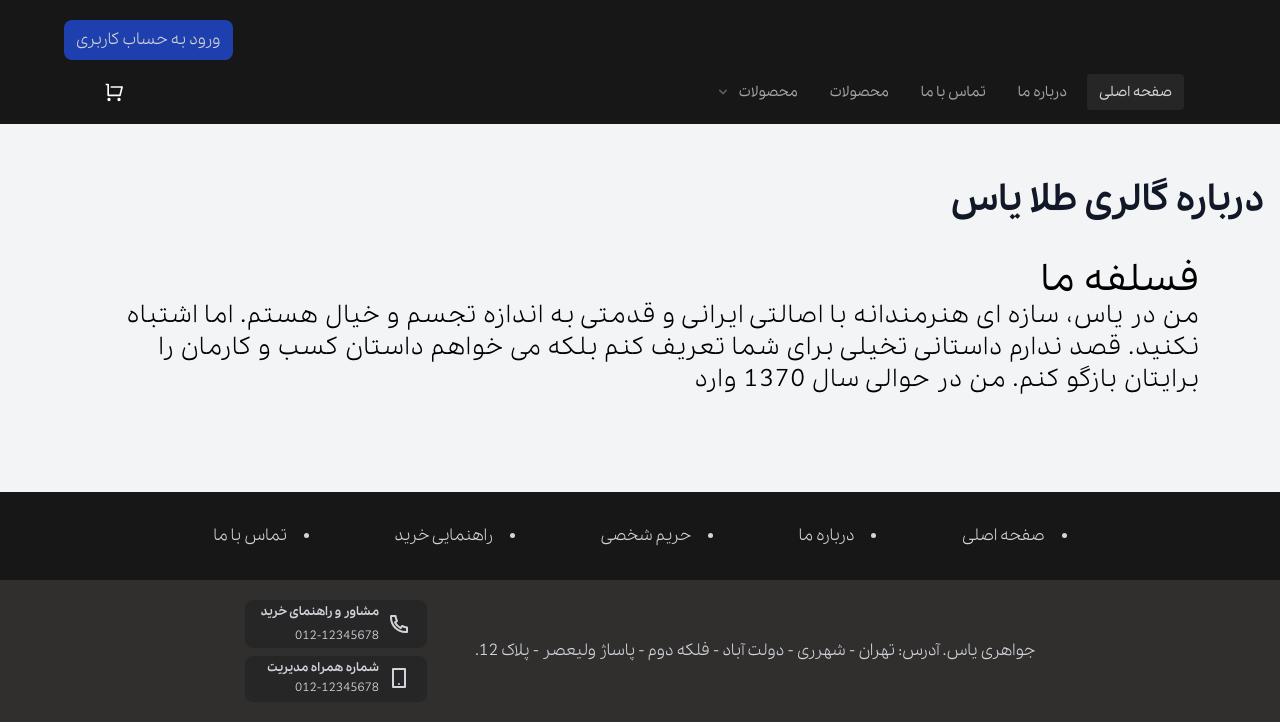
Repository: aliakbarmotallebi/yasgoldgallery-ui
Page: /about
The author's editor kept a copy of each file at every save. The page is drawn from the files as they stood at one save, then again after the next save.
The browser window is 1280 px wide. The pictures show the whole page.
The project was rebuilt for these pictures with package versions that can differ from the ones it lists, and the page was loaded fresh each time. Also part of the build but not shown: src/components/Brands.jsx, src/components/GridImages.js, src/components/SpecialComments.jsx, src/components/CardProduct.jsx, src/components/SpecialProducts.jsx, src/components/SuggestedProducts.jsx, src/pages/HomePage.jsx, src/pages/NotFound.jsx and 4 more.

Above is the page before, as saved 2023-01-16 12:09:18.

After the next save:
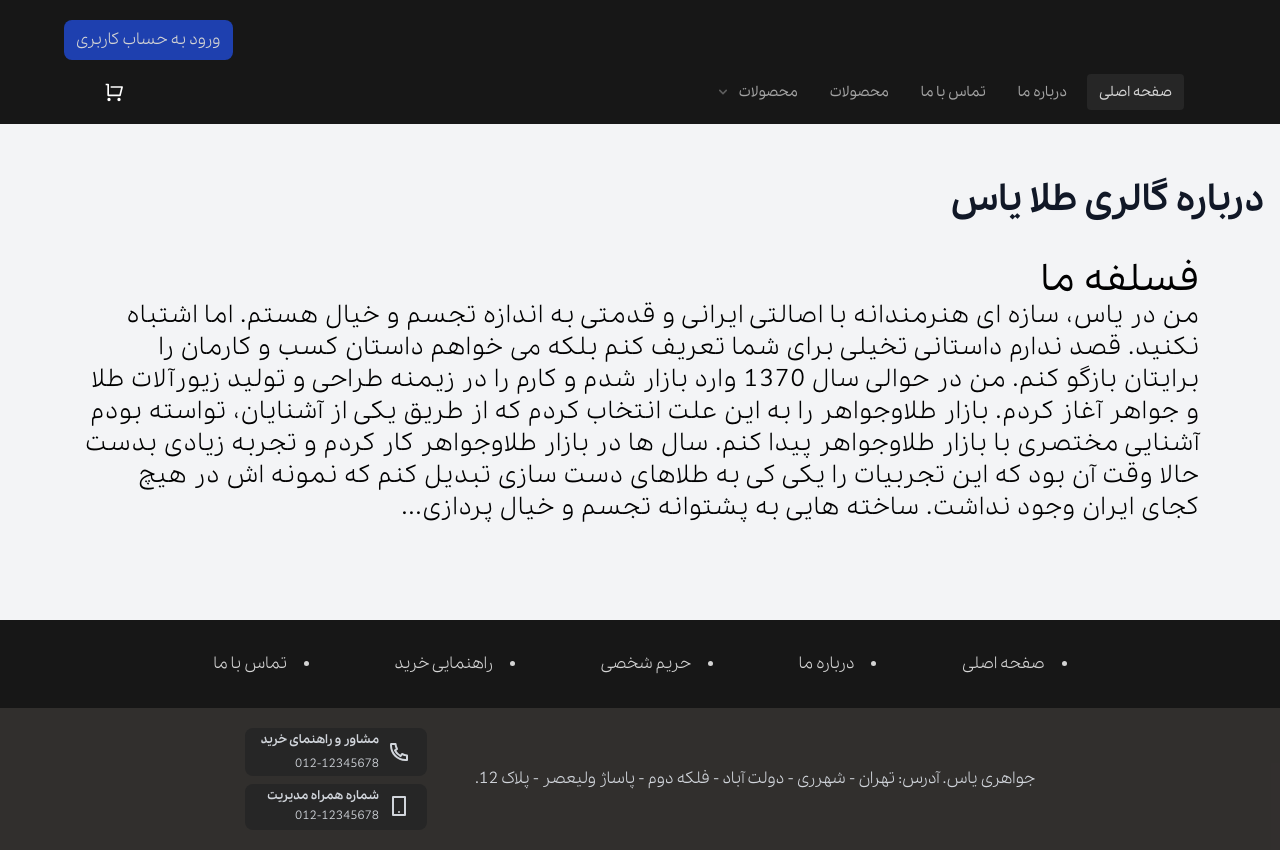
Saved 4 min 34 s later.
--- a/src/pages/AboutPage.jsx
+++ b/src/pages/AboutPage.jsx
@@ -15,7 +15,11 @@ const AboutPage = () => {
 
                     من در یاس، سازه ای هنرمندانه با اصالتی ایرانی و قدمتی به اندازه تجسم و خیال هستم. اما اشتباه نکنید.
                     قصد ندارم داستانی تخیلی برای شما تعریف کنم بلکه می خواهم داستان کسب و کارمان را برایتان بازگو کنم.
-                    من در حوالی سال 1370 وارد
+                     من در حوالی سال 1370 وارد بازار شدم و کارم را در زیمنه طراحی و تولید زیورآلات طلا و جواهر آغاز کردم.
+                     بازار طلاوجواهر را به این علت انتخاب کردم که از طریق یکی از آشنایان، تواسته بودم آشنایی مختصری با بازار طلاوجواهر پیدا کنم.
+                     سال ها در بازار طلاوجواهر کار کردم و تجربه زیادی بدست
+                     حالا وقت آن بود که این تجربیات را یکی کی به طلاهای دست سازی تبدیل کنم که نمونه اش در هیچ کجای ایران وجود نداشت.
+                     ساخته هایی به پشتوانه تجسم و خیال پردازی...
 
                 </div>
             </div>
